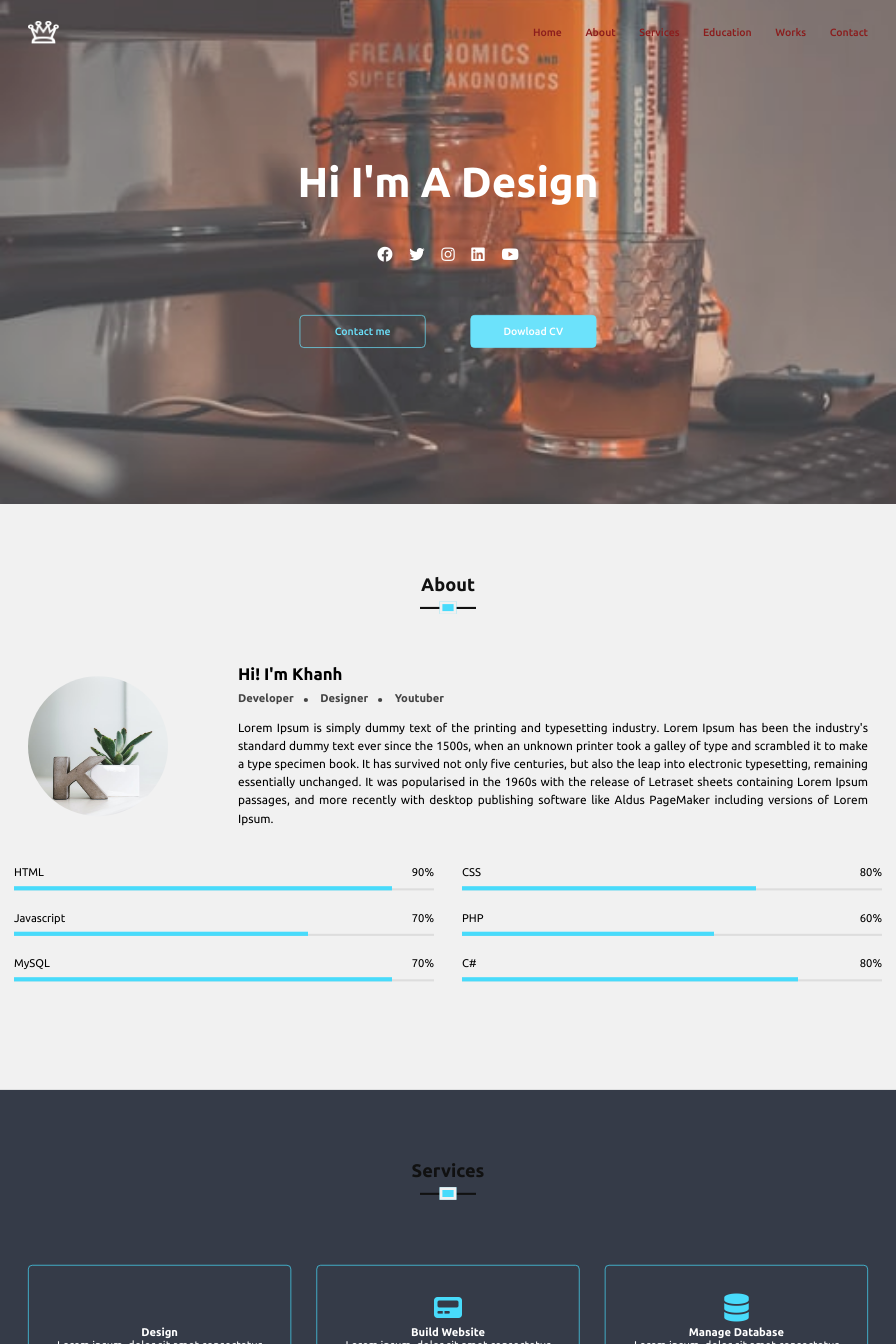
Repository: khanhdiii/DisplayHTML
Page: BuildResponsive/index.html
An editor plug-in stored every save of this project. The page is shown before and after the next save, followed by the edit.
The browser window is 1280 px wide. The pictures show the part of the page from y = 0 to 1920 px (the page is 5087 px tall), at 70% of full size.
Backgrounds fixed to the window are drawn as part of the page.

Above is the page before, as saved 2021-09-27 17:27:12.

After the next save:
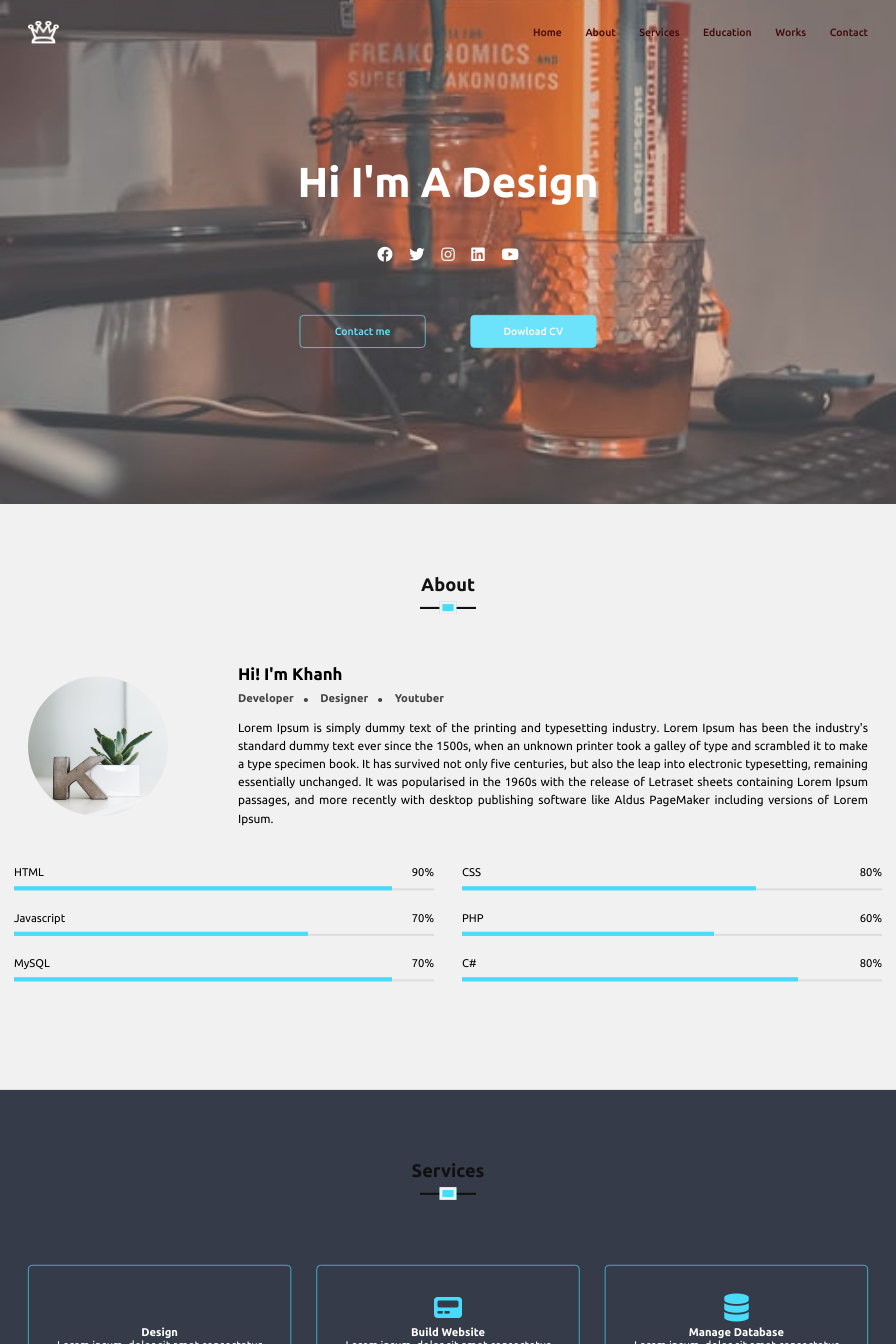
Saved 12 s later.
--- a/BuildResponsive/css/style.css
+++ b/BuildResponsive/css/style.css
@@ -71,7 +71,7 @@ html {
 }
 
 .navbar-menu a {
-  color: rgb(139, 29, 29);
+  color: rgb(68, 7, 7);
   font-size: 15px;
   font-weight: 500;
   margin-left: 30px;
